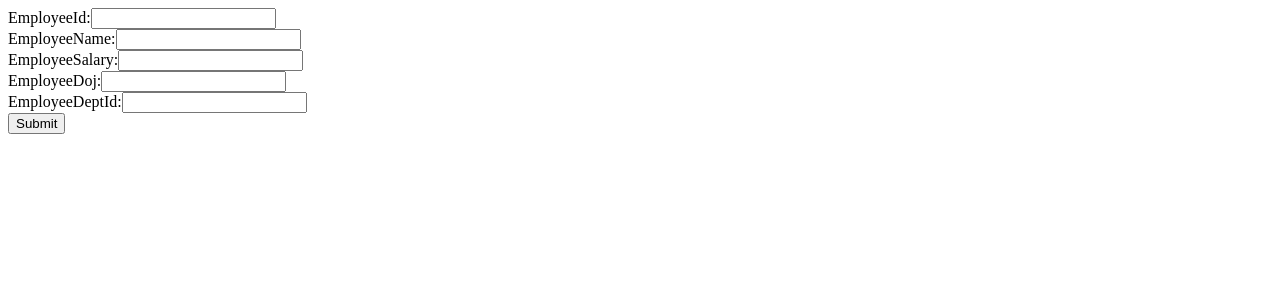
Repository: jayakumar721/projects
Page: http://localhost/WebInTags/Employee.jsp
An editor plug-in stored every save of this project. The page is shown before and after the next save, followed by the edit.
The browser window is 1280 px wide. The pictures show the whole page.
The page is served by Tomcat 9.

Above is the page before, as saved 2017-11-22 07:00:20.

After the next save:
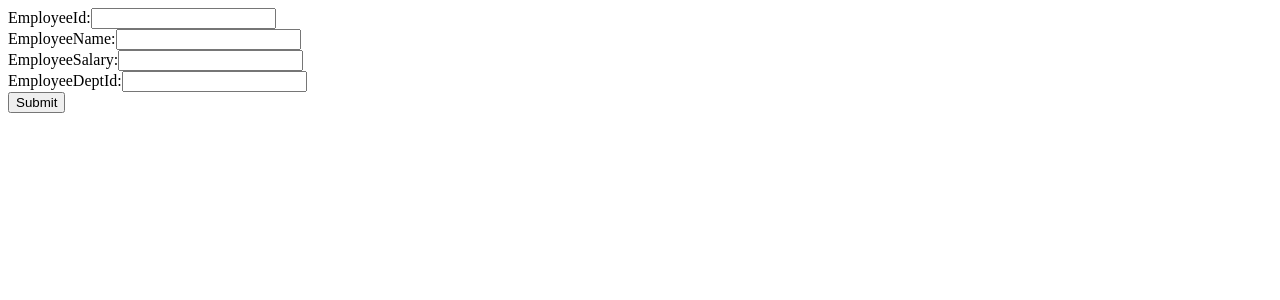
Saved 2 min 7 s later.
--- a/WebInTags/WebContent/Employee.jsp
+++ b/WebInTags/WebContent/Employee.jsp
@@ -11,7 +11,7 @@
 EmployeeId:<input type = "text" name = "id"><br>
 EmployeeName:<input type = "text" name = "name"><br>
 EmployeeSalary:<input type = "text" name = "salary"><br>
-EmployeeDoj:<input type = "text" name = "doj"><br>
+<%--EmployeeDoj:<input type = "text" name = "doj"><br> --%>
 EmployeeDeptId:<input type = "text" name = "deptId"><br>
 <input type ="submit">
 </form>
